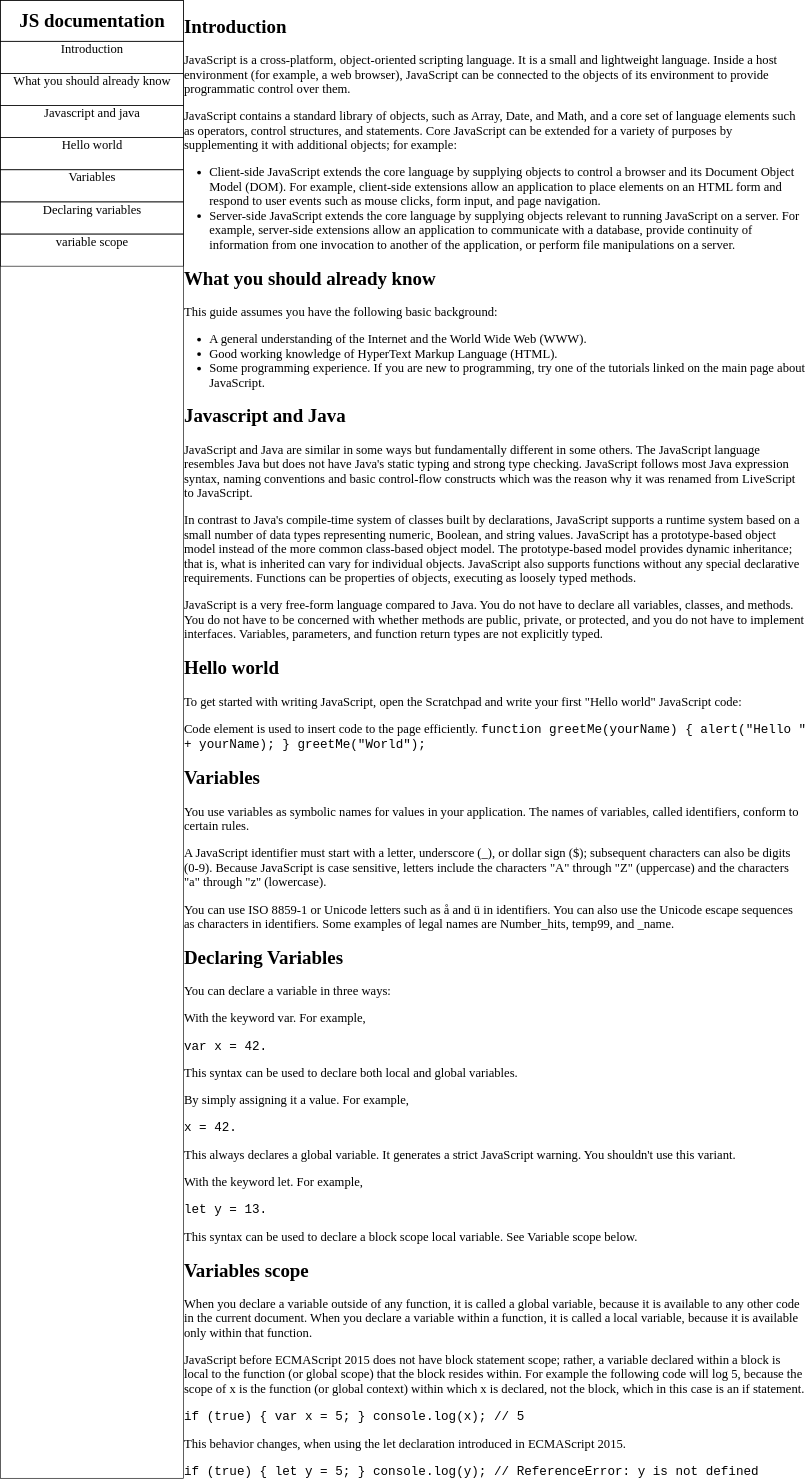
Repository: Pafestivo/Technical-documentation
Page: index.html
An editor plug-in stored every save of this project. The page is shown before and after the next save, followed by the edit.
The browser window is 1280 px wide. The pictures show the whole page, at 63% of full size.

Above is the page before, as saved 2022-09-07 13:31:29.

### index.html
<!DOCTYPE html>
<html lang="en">
<head>
    <meta charset="UTF-8">
    <meta name="viewport" content="width=device-width, initial-scale=1.0">
    <link rel="stylesheet" href="styles.css">
    <title>Technical Documentation Page</title>
</head>
<body>
  <nav id="navbar">
    <header>
      <h1>JS documentation</h1>
    </header>
    <ul>
      <li><a id="nav-link" href="#introduction">Introduction</a></li>
      <li><a id="nav-link" href="#what_you_should_already_know">What you should already know</a></li>
      <li><a id="nav-link" href="#javascript_and_Java">Javascript and java</a></li>
      <li><a id="nav-link" href="#hello_world">Hello world</a></li>
      <li><a id="nav-link" href="#variables">Variables</a></li>
      <li><a id="nav-link" href="#declaring_variables">Declaring variables</a></li>
      <li><a id="nav-link" href="#variable_scope">variable scope</a></li>
    </ul>
  </nav>
  <main id="main-doc">
    <section id="introduction" class="main-section">
      <h1>Introduction</h1>

      <p>JavaScript is a cross-platform, object-oriented scripting language. It is a small and lightweight language. Inside a host environment (for example, a web browser), JavaScript can be connected to the objects of its environment to provide programmatic control over them.</p>

      <p>JavaScript contains a standard library of objects, such as Array, Date, and Math, and a core set of language elements such as operators, control structures, and statements. Core JavaScript can be extended for a variety of purposes by supplementing it with additional objects; for example:</p>

      <ul>
        <li>Client-side JavaScript extends the core language by supplying objects to control a browser and its Document Object Model (DOM). For example, client-side extensions allow an application to place elements on an HTML form and respond to user events such as mouse clicks, form input, and page navigation.</li>
        <li>Server-side JavaScript extends the core language by supplying objects relevant to running JavaScript on a server. For example, server-side extensions allow an application to communicate with a database, provide continuity of information from one invocation to another of the application, or perform file manipulations on a server.</li>
      </ul>
    </section>

    <section id="what_you_should_already_know" class="main-section">
        <h1>What you should already know</h1>

        <p>This guide assumes you have the following basic background:</p>

        <ul>
          <li>A general understanding of the Internet and the World Wide Web (WWW).</li>
          <li>Good working knowledge of HyperText Markup Language (HTML).</li>
          <li>Some programming experience. If you are new to programming, try one of the tutorials linked on the main page about JavaScript.</li>
        </ul>
      </section>

      <section id="javascript_and_Java" class="main-section">
        <h1>Javascript and Java</h1>

        <p>JavaScript and Java are similar in some ways but fundamentally different in some others. The JavaScript language resembles Java but does not have Java's static typing and strong type checking. JavaScript follows most Java expression syntax, naming conventions and basic control-flow constructs which was the reason why it was renamed from LiveScript to JavaScript.</p>

        <p>In contrast to Java's compile-time system of classes built by declarations, JavaScript supports a runtime system based on a small number of data types representing numeric, Boolean, and string values. JavaScript has a prototype-based object model instead of the more common class-based object model. The prototype-based model provides dynamic inheritance; that is, what is inherited can vary for individual objects. JavaScript also supports functions without any special declarative requirements. Functions can be properties of objects, executing as loosely typed methods.</p>

        <p>JavaScript is a very free-form language compared to Java. You do not have to declare all variables, classes, and methods. You do not have to be concerned with whether methods are public, private, or protected, and you do not have to implement interfaces. Variables, parameters, and function return types are not explicitly typed.</p>
      </section>

      <section id="hello_world" class="main-section">
        <h1>Hello world</h1>
        <p>To get started with writing JavaScript, open the Scratchpad and write your first "Hello world" JavaScript code:</p>

        Code element is used to insert code to the page efficiently.
        <code>
            function greetMe(yourName) { alert("Hello " + yourName); }
            greetMe("World");
        </code>
      </section>

      <section id="variables" class="main-section">
        <h1>Variables</h1>

        <p>You use variables as symbolic names for values in your application. The names of variables, called identifiers, conform to certain rules.</p>

        <p>A JavaScript identifier must start with a letter, underscore (_), or dollar sign ($); subsequent characters can also be digits (0-9). Because JavaScript is case sensitive, letters include the characters "A" through "Z" (uppercase) and the characters "a" through "z" (lowercase).</p>

        <p>You can use ISO 8859-1 or Unicode letters such as å and ü in identifiers. You can also use the Unicode escape sequences as characters in identifiers. Some examples of legal names are Number_hits, temp99, and _name.</p>
      </section>

      <section id="declaring_variables" class="main-section">
        <h1>Declaring Variables</h1>

        <p>You can declare a variable in three ways:</p>

        <p>With the keyword var. For example,</p>
        <code>
            var x = 42.
        </code>

        <p>This syntax can be used to declare both local and global variables.</p>

        <p>By simply assigning it a value. For example,</p>
        <code>
            x = 42.
        </code>

        <p>This always declares a global variable. It generates a strict JavaScript warning. You shouldn't use this variant.</p>

        <p>With the keyword let. For example,</p>
        <code>
            let y = 13.
        </code>

        <p>This syntax can be used to declare a block scope local variable. See Variable scope below.</p>
      </section>

      <section id="variable_scope" class="main-section">
        <h1>Variables scope</h1>

        <p>When you declare a variable outside of any function, it is called a global variable, because it is available to any other code in the current document. When you declare a variable within a function, it is called a local variable, because it is available only within that function.</p>

        <p>JavaScript before ECMAScript 2015 does not have block statement scope; rather, a variable declared within a block is local to the function (or global scope) that the block resides within. For example the following code will log 5, because the scope of x is the function (or global context) within which x is declared, not the block, which in this case is an if statement.</p>
        <code>
            if (true) { var x = 5; } console.log(x); // 5
        </code>

        <p>This behavior changes, when using the let declaration introduced in ECMAScript 2015.</p>
        <code>
            if (true) { let y = 5; } console.log(y); // ReferenceError: y is
not defined
        </code>
  </main>

</body>
</html>

### styles.css
html {
  box-sizing: border-box;
  scroll-behavior: smooth;
  font-size: 20px;
}

body {
  display: flex;
  padding: 0;
  margin: 0;
}

/* Navigation bar  */
#navbar {
  min-width: 290px;
  border: 1px solid #000;
}

#navbar header {
  margin: -1px;
}

#navbar header h1{
  margin: 0;
  padding: 15px;
  border: 1px solid #000;
  text-align: center;
}

#navbar ul {
  list-style: none;
  margin: 0;
  padding: 0;
}

#navbar ul li {
  margin: -1px;
}

#navbar ul a {
  display: block;
  text-decoration: none;
  color: #000;
  height: 50px;
  border: 1px solid #000;
  text-align: center;
}

/* Navigation bar end  */

After the next save:
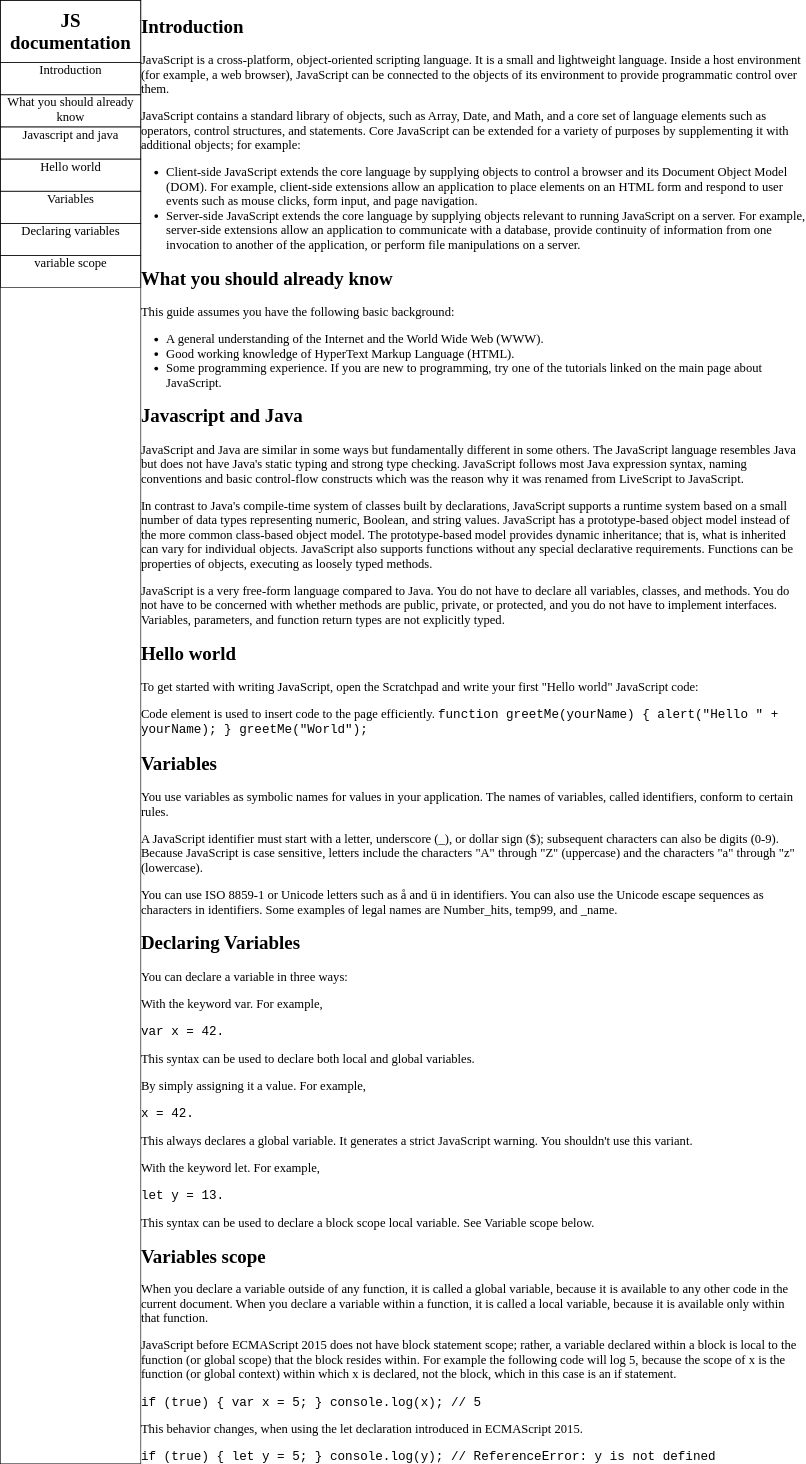
Saved 54 s later.
--- a/styles.css
+++ b/styles.css
@@ -8,11 +8,11 @@ body {
   display: flex;
   padding: 0;
   margin: 0;
+  min-width: 290px;
 }
 
 /* Navigation bar  */
 #navbar {
-  min-width: 290px;
   border: 1px solid #000;
 }
 
